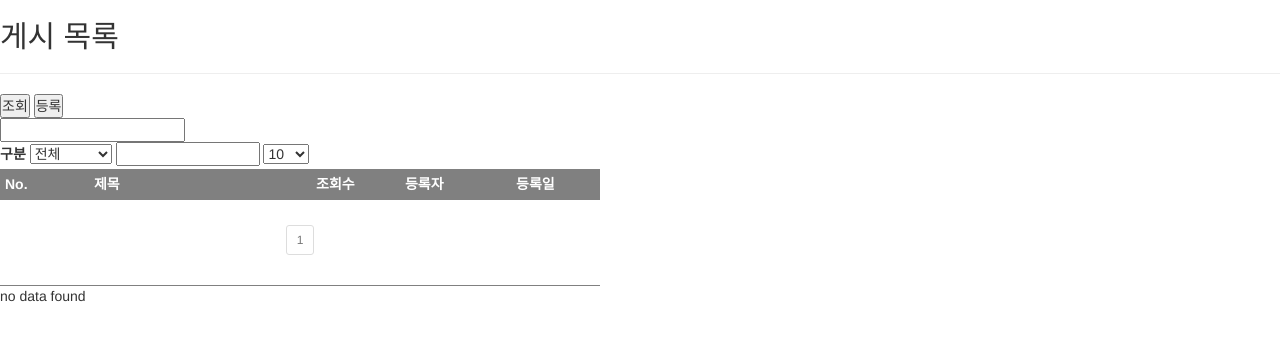
Repository: dongseon-git/WEB_JSP
Page: http://localhost/studyhtml5/board/board_list.jsp
An editor plug-in stored every save of this project. The page is shown before and after the next save, followed by the edit.
The browser window is 1280 px wide. The pictures show the whole page.
The page is served by Tomcat 9. Nobody is signed in. The application's start-up code is not run.

Above is the page before, as saved 2022-05-19 06:19:04.

After the next save:
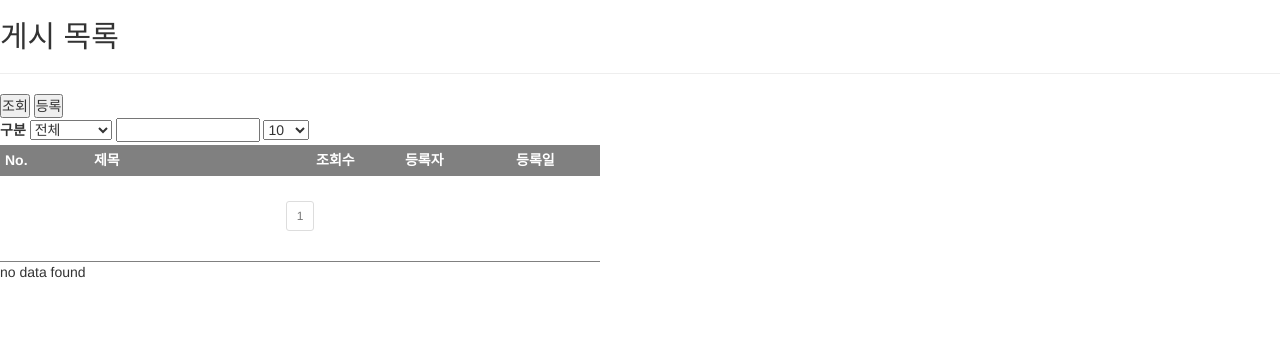
Saved 3 min 28 s later.
--- a/workspace/studyhtml5/WebContent/board/board_list.jsp
+++ b/workspace/studyhtml5/WebContent/board/board_list.jsp
@@ -105,7 +105,7 @@ text-align: right;
     <form action="<%=contPath %>/board/board.do" name="boardListFrm" method="get" id="boardListFrm">
      <input type="hidden" name="work_div" id="work_div" >
      <input type="hidden" name ="seq" id="seq">
-     <input type="text" name="pageNum" id ="pageNum" value="<%if(null !=param){out.print(param.getPageNum());}%>"/>
+     <input type="hidden" name="pageNum" id ="pageNum" value="<%if(null !=param){out.print(param.getPageNum());}%>"/>
     <div>
     <label>구분</label>
     <select name="searchDiv" id="searchDiv">
